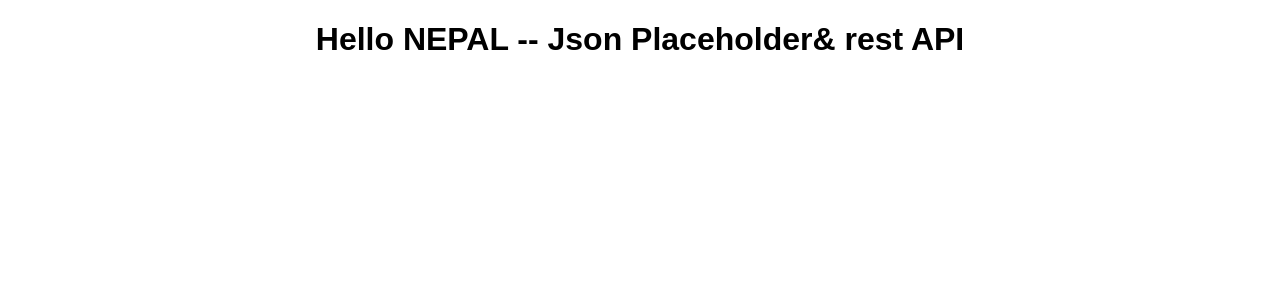
Repository: sajin-shrestha/React-Workshop
Page: /
These files come from the project's save history. The page is drawn as it stood at one moment and after the next save; the edit follows.
The browser window is 1280 px wide. The pictures show the whole page.
The page's requests for data from a server got no answer. The project was rebuilt for these pictures with package versions that can differ from the ones it lists, and the page was loaded fresh each time. No one was signed in, and anything a server would have sent is missing. Also part of the build but not shown: vite.config.js.

Above is the page before, as saved 2025-07-05 19:12:34.

### index.html
<!doctype html>
<html lang="en">
  <head>
    <meta charset="UTF-8" />
    <link rel="icon" type="image/svg+xml" href="/vite.svg" />
    <meta name="viewport" content="width=device-width, initial-scale=1.0" />
    <title>React- 21 course</title>
  </head>
  <body>
    <div id="root"></div>
    <script type="module" src="/src/main.jsx"></script>
  </body>
</html>

### src/index.css
*{
    font-family: sans-serif;
}
#card{
    background-color: aqua;
    color: rgb(0, 0, 0);
    margin: 30px ;
    width: 300px;
    padding: 30px 20px;
    /* border: 2px solid rgb(0, 0, 0); */
    border-radius: 0 30px 20px 30px ;
    display: flex;
    flex-direction: column;
    list-style-type: none;
}

#container{
    display: flex;
    background-color: rgb(51, 51, 156);
    border-radius: 20px;
    flex-wrap: wrap
    /* height: 500px; */
    /* width: 500px; */
    /* overflow: hidden; */
}
li{
    padding: 5px;
}

### src/App.jsx
// import React, {useEffect, useState} from 'react'
import Cards1 from './Cards1'

const App = () => {

  return (
    <div>
        <Cards1 />
    </div>
  )
}

export default App

### src/Cards1.jsx
import React, {useEffect, useState} from 'react'

const Cards1 = () => {
     const [users, setUser] = useState([]);
  useEffect(() =>{
    fetch('https://jsonplaceholder.typicode.com/users')
    .then((response => response.json()))
    .then((json =>
      // console.log(json),
      setUser(json)
      ))
  },[])
  return (
    <div>
       {/* <p>{user.name}</p> */}
      <h1 style={{alignItems:'center', textAlign: 'center'}}>Hello NEPAL -- Json Placeholder& rest API</h1>
      <div >
      <ul id='container'>
        {
          users.map((user)=>(
            <div key={user.id} id='card'>
            <li>Name :{user.name}</li>
            <li>Email:{user.email}</li>
            <li>Phone:{user.phone}</li>
            <li>Company:{user.company.name}</li>
            <li>Address:{user.address.city}</li>
            </div>
          ))
        }
      </ul>
    </div>
    </div>
  )
}

export default Cards1

Loaded but not shown: src/main.jsx (common file)

After the next save:
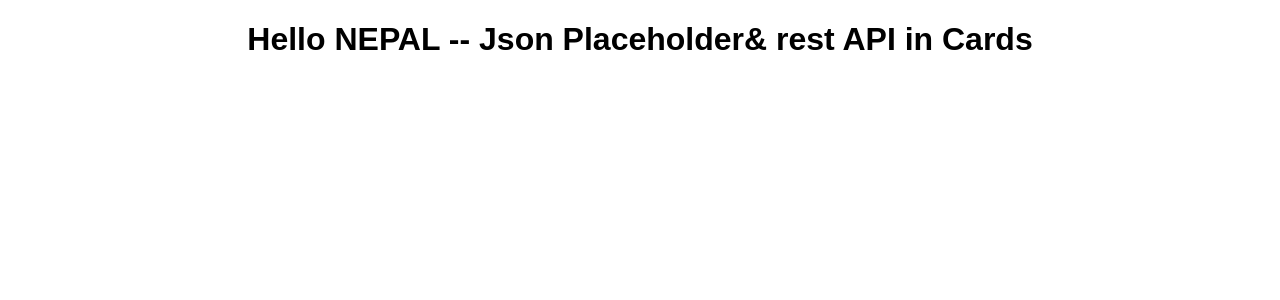
Saved 28 s later.
--- a/src/Cards1.jsx
+++ b/src/Cards1.jsx
@@ -13,7 +13,7 @@ const Cards1 = () => {
   return (
     <div>
        {/* <p>{user.name}</p> */}
-      <h1 style={{alignItems:'center', textAlign: 'center'}}>Hello NEPAL -- Json Placeholder& rest API</h1>
+      <h1 style={{alignItems:'center', textAlign: 'center'}}>Hello NEPAL -- Json Placeholder& rest API in Cards</h1>
       <div >
       <ul id='container'>
         {
